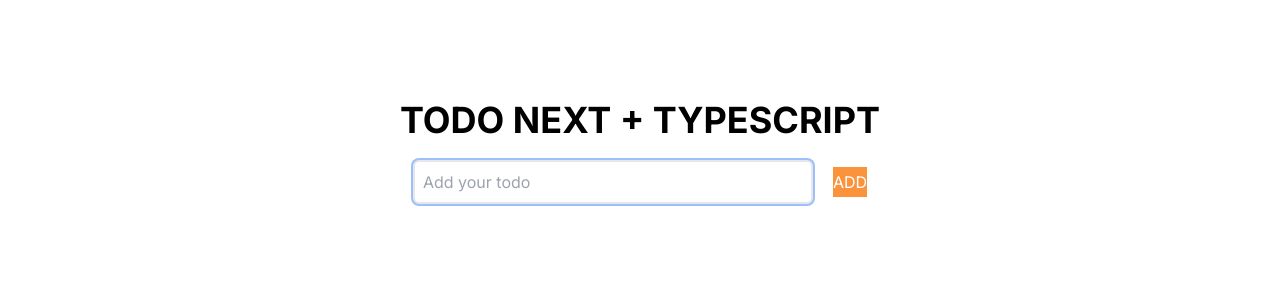
Repository: mehh000/next-ts-todo
Page: /
An editor plug-in stored every save of this project. The page is shown before and after the next save, followed by the edit.
The browser window is 1280 px wide. The pictures show the whole page.
The project was rebuilt for these pictures with package versions that can differ from the ones it lists, and the page was loaded fresh each time. The framework's server and built-in components were replaced by stand-ins that run in the browser. Also part of the build but not shown: next.config.mjs.

Above is the page before, as saved 2024-06-15 19:54:01.

After the next save:
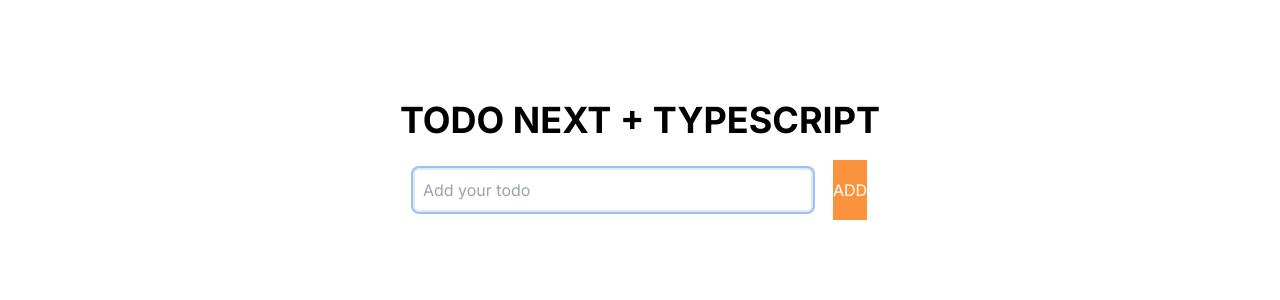
Saved 7 s later.
--- a/src/components/add-todo.tsx
+++ b/src/components/add-todo.tsx
@@ -25,7 +25,7 @@ const AddTODO: React.FC = () => {
         value={todo}
         onChange={(event) => setTodo(event.target.value)}
       />
-      <button type="submit" className=" bg-orange-400 text-white h-[30px] ">
+      <button type="submit" className=" bg-orange-400 text-white h-[60px] ">
         ADD
       </button>
     </form>
